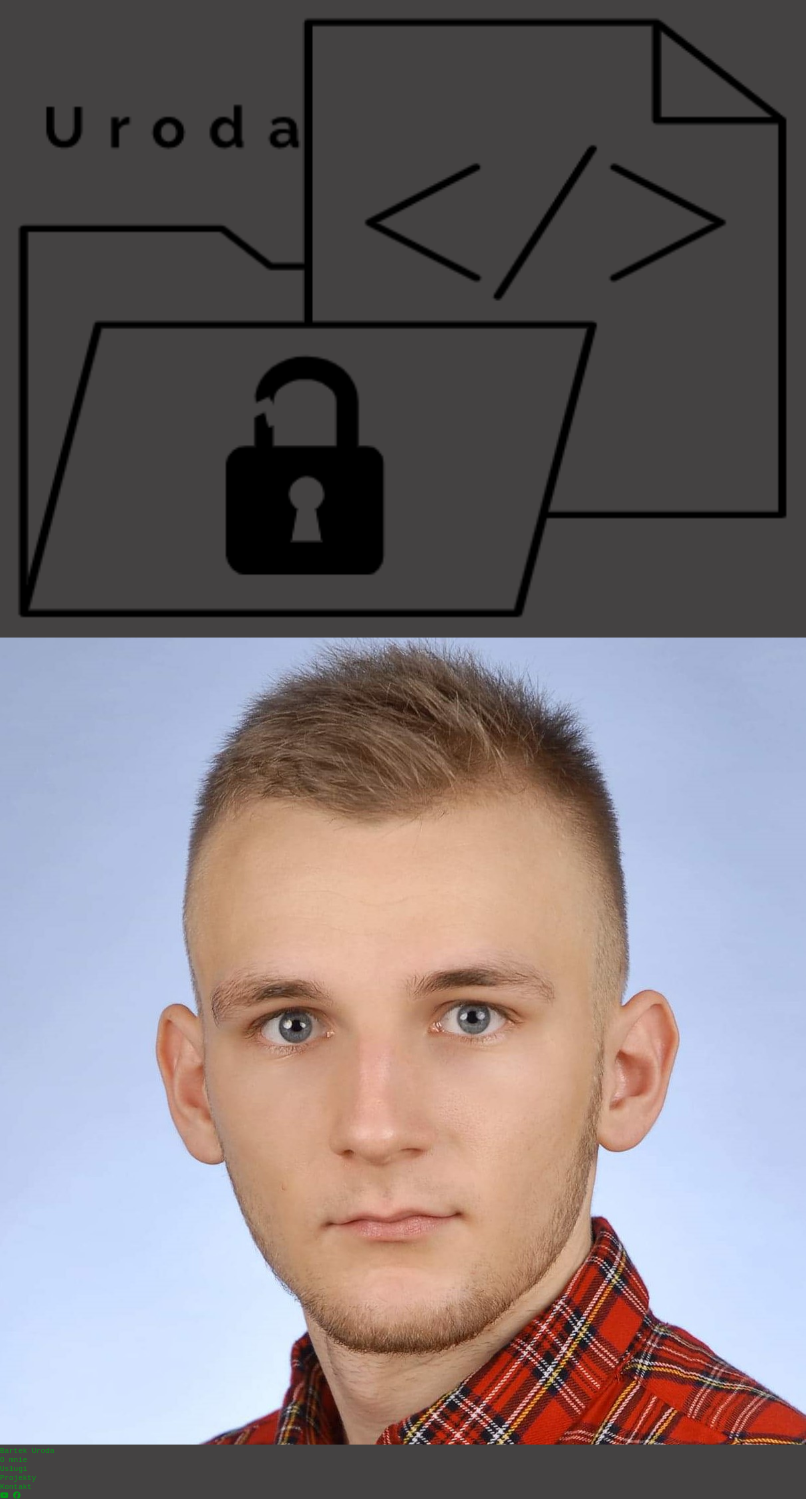
Repository: BartekUroda/portfolio
Page: index.html
The author's editor kept a copy of each file at every save. The page is drawn from the files as they stood at one save, then again after the next save.
The browser window is 1280 px wide. The pictures show the whole page, at 63% of full size.
Some web fonts or font styles are not loaded; a fallback is used. Some web libraries are served in a nearby version.

Above is the page before, as saved 2020-10-26 17:26:49.

### index.html
<!DOCTYPE html>
<html lang="en">
<head>
    <meta charset="UTF-8">
    <meta name="viewport" content="width=device-width, initial-scale=1.0">
    <title>Portfolio-Bartek Uroda</title>
    <link rel="stylesheet" type="text/css" href="css/style.css">
    <script src="js/script.js"></script>
    <link href="https://fonts.googleapis.com/css2?family=Poppins&sfamily=Share+Tech+Mono&display=swap" rel="stylesheet">
    <script src="https://kit.fontawesome.com/056e5c10dc.js" crossorigin="anonymous"></script>
    <link rel="shortcut icon" type="image/x-icon" href="images/favicon.ico" />
</head>
 <body>
    <header>
        <div class="container">
            <nav>
                <div class="nav-brand">
                    <a href="index.html">
                        <img src="images/logo.png" alt="Uroda">
                    </a>
                </div>
                <div class="burger-menu-icon">
                    <div class="line1"></div>
                    <div class="line2"></div>
                    <div class="line3"></div>
                </div>
                <ul class="nav-list">
                    <li class="nav-item">
                      <a href="#landing-page">
                        <img
                          src="images/profile.jpeg"
                          alt="Bartek Uroda"
                          class="profile-pic nav-link"
                        >
                        <span class="caption nav-link">Bartek Uroda</span>
                      </a>
                    </li>
                    <li class="nav-item">
                      <a href="#about" class="nav-link">O mnie</a>
                    </li>
                    <li class="nav-item">
                      <a href="#services" class="nav-link">Usługi</a>
                    </li>
                    <li class="nav-item">
                      <a href="#projects" class="nav-link">Projekty</a>
                    </li>
                    <li class="nav-item">
                      <a href="#contact" class="nav-link">Kontakt</a>
                    </li>
                    <li class="nav-item">
                      <a href="https://www.youtube.com/channel/UCzT1h5RNvmbtrmKT5hPjyAg?view_as=subscriber" target="_blank" class="nav-link">
                        <i class="fab fa-youtube"></i>
                      </a>
                      <a href="https://www.facebook.com/bartlomiej.uroda.3" target="_blank" class="nav-link">
                        <i class="fab fa-facebook"></i>
                      </a>
                    </li>
                  </ul>
            </nav>
        </div>
    </header>
 </body>
</html>

### css/style.css
/* ----------GLOBAL STYLES---------- */
*,
*::before,
*::after {
  margin: 0;
  padding: 0;
  box-sizing: inherit;
}
html {
    font-family: "Share Tech Mono", monospace;
    font-size: 12px;
    box-sizing: border-box;
    scroll-behavior: smooth;
    color: #e7e7e7;
    background: rgb(68, 66, 66);
}

a {
    text-decoration: none;
    color: rgb(3, 155, 23);
}

a:hover {
    color: rgba(249, 105, 14, 1);
}

ul {
    list-style: none;
}

p {
    font-size: 1.4rem;
}

img {
    width: 100%;
    max-width: 100%;
    height: auto;
}

Loaded but not shown: js/script.js (no stored copy; drawn as an empty file)

After the next save:
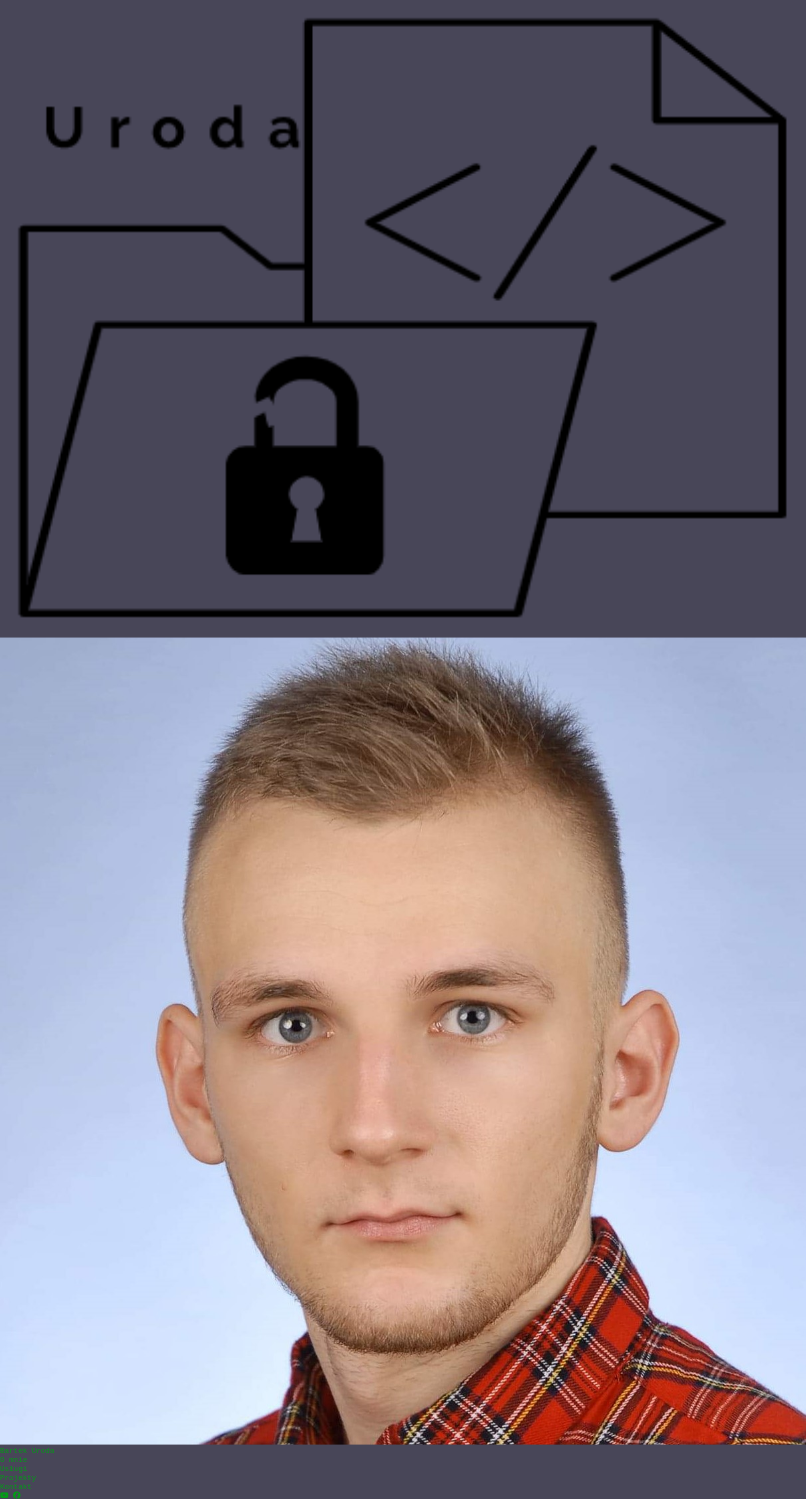
Saved 23 s later.
--- a/css/style.css
+++ b/css/style.css
@@ -12,7 +12,7 @@ html {
     box-sizing: border-box;
     scroll-behavior: smooth;
     color: #e7e7e7;
-    background: rgb(68, 66, 66);
+    background: rgb(72, 70, 88);
 }
 
 a {
